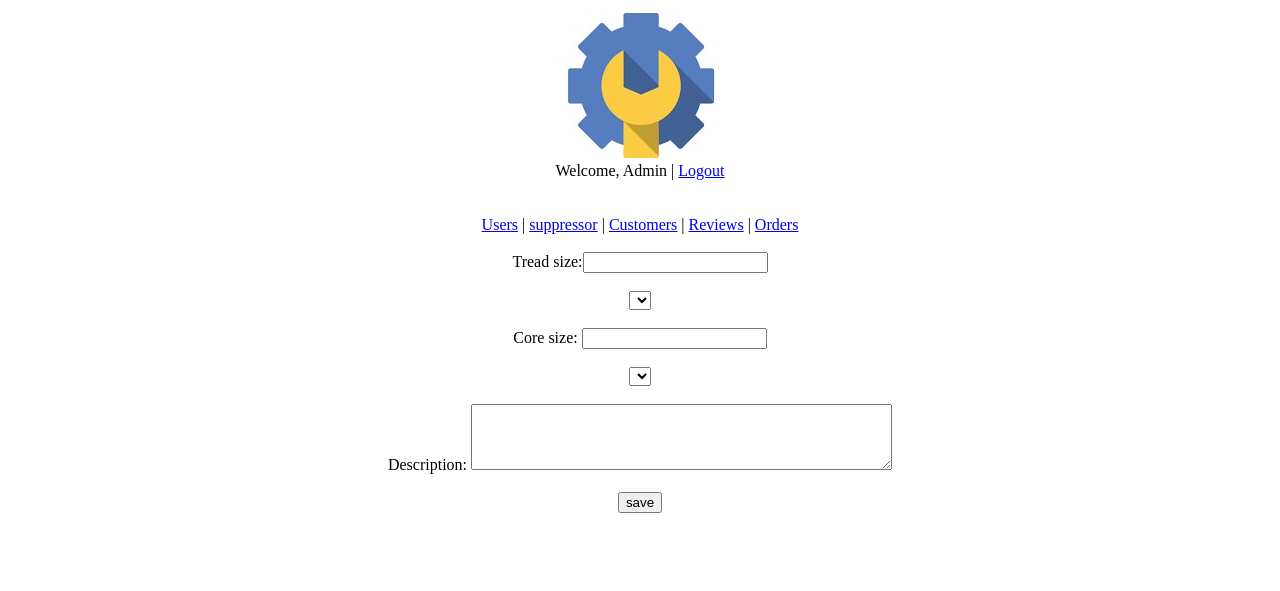
Repository: RezaEftekharzadeh/frey
Page: http://localhost/SilencerStoreProject/admin/silencer_form.jsp
These files come from the project's save history. The page is drawn as it stood at one moment and after the next save; the edit follows.
The browser window is 1280 px wide. The pictures show the whole page.
The page is served by Tomcat 9. Nobody is signed in. The application's start-up code is not run.

Above is the page before, as saved 2020-08-10 07:04:44.

After the next save:
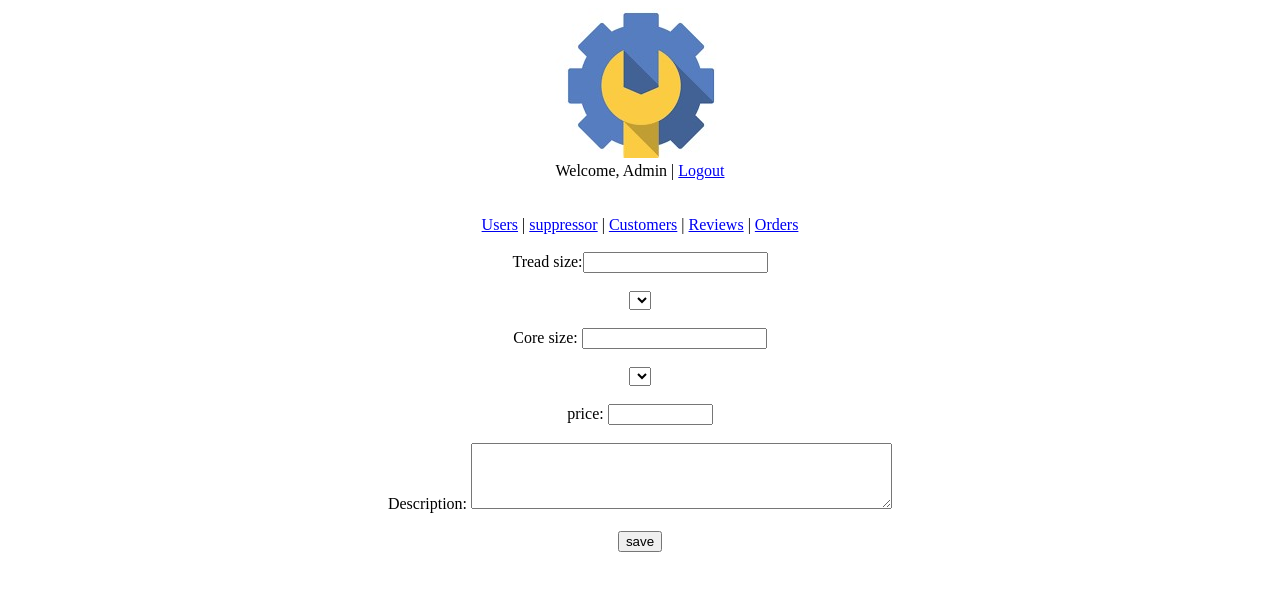
Saved 2 min 58 s later.
--- a/SilencerStoreProject/WebContent/admin/silencer_form.jsp
+++ b/SilencerStoreProject/WebContent/admin/silencer_form.jsp
@@ -30,6 +30,9 @@
 				<option value>
 
 			</select>
+			<br/><br/>
+
+			price: <input type="text" name="price" size="10">
 
 			<br/><br/>
 			Description: <textarea id="w3review" name="w3review" rows="4" cols="50"></textarea>
